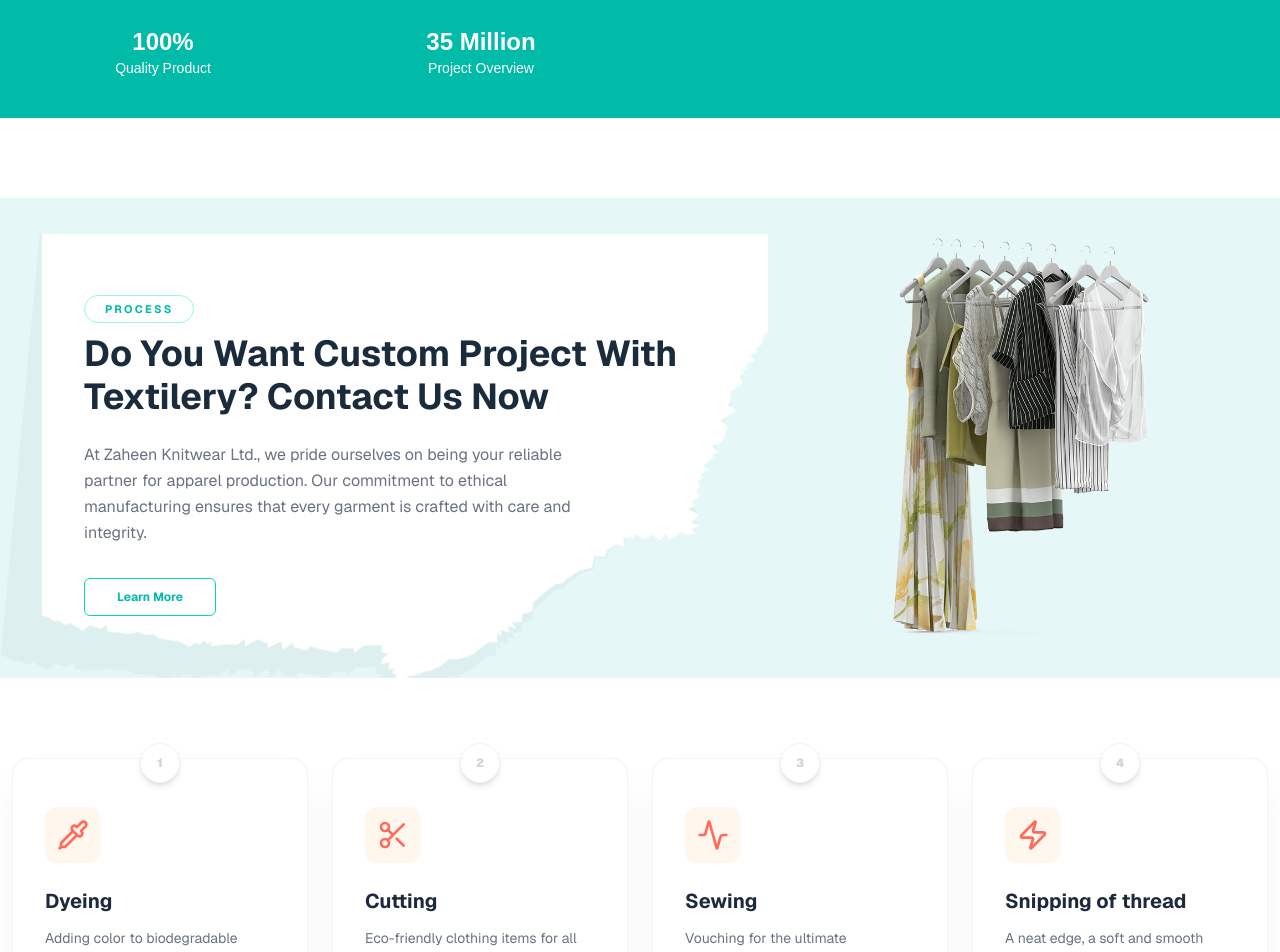
Repository: mdmuhibullahhabib/fullstack-assessment
Page: /
These files come from the project's save history. The page is drawn as it stood at one moment and after the next save; the edit follows.
The browser window is 1280 px wide. The pictures show the part of the page from y = 592 to 1544 px (the page is 3025 px tall).
The project was rebuilt for these pictures with package versions that can differ from the ones it lists, and the page was loaded fresh each time. The framework's server and built-in components were replaced by stand-ins that run in the browser. Also part of the build but not shown: next.config.mjs.

Above is the page before, as saved 2025-12-27 10:24:17.

### src/app/layout.js
import { Geist, Geist_Mono } from "next/font/google";
import "./globals.css";
import Navbar from "@/components/shared/Navbar";
import Footer from "@/components/shared/Footer";

const geistSans = Geist({
  variable: "--font-geist-sans",
  subsets: ["latin"],
});

const geistMono = Geist_Mono({
  variable: "--font-geist-mono",
  subsets: ["latin"],
});

export const metadata = {
  title: "Create Next App",
  description: "Generated by create next app",
};

export default function RootLayout({ children }) {
  return (
    <html lang="en">
      <body
        className={`${geistSans.variable} ${geistMono.variable} antialiased`}
      >
        <Navbar/>
        {children}
        <Footer/>
      </body>
    </html>
  );
}

### src/app/page.js
import Apparel from "@/components/home/Apparel";
import CustomProcess from "@/components/home/CustomProcess";
import Hero from "@/components/home/hero";
import Stats from "@/components/home/Stats";


export default function Home() {
  return (
    <>
      <Hero />
      <Stats />
      <CustomProcess />
      <Apparel />
    </>
  );
}

### src/components/shared/Navbar.jsx
"use client";

import Link from "next/link";
import { Menu, X, ShoppingCart, User } from "lucide-react";
import { useState } from "react";

export default function Navbar() {
  const [open, setOpen] = useState(false);

  return (
    <header className="w-full">
      {/* ===== Top Bar ===== */}
      <div className="bg-teal-500 text-white text-sm">
        <div className="max-w-7xl mx-auto flex justify-between items-center px-4 py-2">
          <p>📍 Kashimpur, Gazipur Sadar / Gazipur</p>
          <div className="flex items-center gap-4">
            <span>📞 +880 01713-027875</span>
            <div className="flex gap-2">
              <span>f</span>
              <span>x</span>
              <span>▶</span>
              <span>📷</span>
            </div>
          </div>
        </div>
      </div>

      {/* ===== Main Navbar ===== */}
      <div className="bg-white shadow">
        <div className="max-w-7xl mx-auto flex items-center justify-between px-4 py-4">

          {/* Logo */}
          <Link href="/" className="flex items-center gap-2">
            <div className="w-10 h-10 bg-green-500 rounded flex items-center justify-center text-white font-bold">
              Z
            </div>
            <span className="font-bold text-lg text-gray-800">
              Company
            </span>
          </Link>

          {/* Desktop Menu */}
          <nav className="hidden md:flex items-center gap-8 text-gray-700 font-medium">
            <Link href="/">Home</Link>
            <Link href="/about">About Us</Link>
            <Link href="/services">Our Services</Link>
            <Link href="/products">Our Products</Link>
            <Link href="/blogs">Blogs</Link>
          </nav>

          {/* Right Actions */}
          <div className="hidden md:flex items-center gap-4">
            <ShoppingCart className="cursor-pointer" />
            <div className="w-8 h-8 bg-red-500 rounded-full flex items-center justify-center text-white">
              M
            </div>
            <Link
              href="/contact"
              className="bg-orange-500 text-white px-4 py-2 rounded"
            >
              Contact Us
            </Link>
          </div>

          {/* Mobile Menu Button */}
          <button
            onClick={() => setOpen(!open)}
            className="md:hidden"
          >
            {open ? <X /> : <Menu />}
          </button>
        </div>

        {/* ===== Mobile Menu ===== */}
        {open && (
          <div className="md:hidden bg-white border-t">
            <nav className="flex flex-col gap-4 px-4 py-4 text-gray-700">
              <Link href="/">Home</Link>
              <Link href="/about">About Us</Link>
              <Link href="/services">Our Services</Link>
              <Link href="/products">Our Products</Link>
              <Link href="/blogs">Blogs</Link>

              <div className="flex items-center gap-4 pt-4">
                <ShoppingCart />
                <User />
                <Link
                  href="/contact"
                  className="bg-orange-500 text-white px-4 py-2 rounded"
                >
                  Contact Us
                </Link>
              </div>
            </nav>
          </div>
        )}
      </div>
    </header>
  );
}

### src/components/shared/Footer.jsx
import Image from "next/image";
import Link from "next/link";

export default function Footer() {
  return (
    <footer className="bg-[#f8f8f8] border-t">
      <div className="max-w-7xl mx-auto px-4 py-12">

        {/* ===== Top Section ===== */}
        <div className="grid grid-cols-1 md:grid-cols-4 gap-10">

          {/* Logo & Contact */}
          <div className="space-y-4">
            <div className="flex items-center gap-3">
              <Image src="/logo.png" alt="logo" width={48} height={48} />
              <Image src="/logo2.png" alt="logo2" width={48} height={48} />
            </div>

            <p className="text-sm text-gray-600 flex gap-2">
              📍 29 SE 2nd Ave, Miami, FL 33131, United States
            </p>
            <p className="text-sm text-gray-600">
              ✉ info@zaheen.com
            </p>
            <p className="text-sm font-semibold">
              📞 (+92) 3942 7879
            </p>
          </div>

          {/* Pages */}
          <div>
            <h4 className="font-semibold mb-4 uppercase text-sm">Pages</h4>
            <ul className="space-y-2 text-sm text-gray-600">
              <li><Link href="#">About Us</Link></li>
              <li><Link href="#">Our Services</Link></li>
              <li><Link href="#">Our Products</Link></li>
            </ul>
          </div>

          {/* Information */}
          <div>
            <h4 className="font-semibold mb-4 uppercase text-sm">Information</h4>
            <ul className="space-y-2 text-sm text-gray-600">
              <li><Link href="#">My Account</Link></li>
              <li><Link href="#">Corporate Enquiries</Link></li>
              <li><Link href="#">FAQs</Link></li>
            </ul>
          </div>
        </div>

        {/* ===== Payment Channels (SAME ROW STYLE) ===== */}
        <div className="mt-10">
          <h4 className="font-semibold text-sm mb-4">PAYMENT CHANNELS</h4>

          <div className="flex flex-wrap gap-3">
            {[
              "visa",
              "mastercard",
              "amex",
              "bKash",
              "nagad",
              "rocket",
              "upay",
              "tap",
              "citybank",
              "bracbank",
              "easternbank",
              "standardchartered",
            ].map((logo) => (
              <div
                key={logo}
                className="bg-white border rounded-md px-4 py-2 flex items-center justify-center"
              >
                <Image
                  src={`/payments/${logo}.png`}
                  alt={logo}
                  width={48}
                  height={28}
                  className="object-contain"
                />
              </div>
            ))}
          </div>
        </div>

        {/* ===== Bottom Bar ===== */}
        <div className="border-t mt-10 pt-6 flex flex-col md:flex-row justify-between items-center gap-4 text-sm text-gray-600">

          <p>
            Copyright ©{" "}
            <span className="text-orange-500 font-medium">
              360D Soul Limited
            </span>{" "}
            2025. All rights reserved.
          </p>

          <div className="flex gap-4 text-lg">
            <span>f</span>
            <span>x</span>
            <span>📷</span>
          </div>

          <div className="flex gap-4">
            <Link href="#">Terms & Condition</Link>
            <Link href="#">Privacy & Policy</Link>
            <Link href="#">Refund Policy</Link>
          </div>
        </div>

      </div>
    </footer>
  );
}

### src/components/home/Apparel.jsx
export default function Apparel() {
  const products = [
    {
      name: "Denim Jacket",
      price: "$10.00",
      img: "https://images.unsplash.com/photo-1520975916090-3105956dac38",
    },
    {
      name: "Hoodie",
      price: "$12.00",
      img: "https://images.unsplash.com/photo-1520974735194-6c9c0c13ed3d",
    },
    {
      name: "T-Shirt",
      price: "$8.00",
      img: "https://images.unsplash.com/photo-1583743814966-8936f5b7be1a",
    },
  ];

  return (
    <section className="bg-gray-50 py-16">
      <div className="max-w-7xl mx-auto px-4">
        <h2 className="text-2xl font-bold mb-8">Our Apparels</h2>

        <div className="grid sm:grid-cols-2 md:grid-cols-3 gap-6">
          {products.map((p, i) => (
            <div key={i} className="bg-white border rounded overflow-hidden">
              <img src={p.img} className="h-56 w-full object-cover" />
              <div className="p-4">
                <h3 className="font-semibold">{p.name}</h3>
                <p className="text-sm text-gray-600">{p.price}</p>
                <button className="mt-3 w-full bg-teal-500 text-white py-2 rounded">
                  Add to Cart
                </button>
              </div>
            </div>
          ))}
        </div>
      </div>
    </section>
  );
}

### src/components/home/CustomProcess.jsx
"use client"
import Image from "next/image";
import { Scissors, Pipette, Zap, Activity, Repeat, ClipboardCheck, Box } from "lucide-react";
import bgImage from "../../../public/home/ProcessImage-1.png";
import rightImage from "../../../public/home/ProcessImage-2.png";

export default function CustomProcess() {
    const steps = [
        { number: 1, title: "Dyeing", desc: "Adding color to biodegradable materials.", icon: <Pipette className="w-8 h-8 text-[#FF6B5B]" /> },
        { number: 2, title: "Cutting", desc: "Eco-friendly clothing items for all shapes and sizes.", icon: <Scissors className="w-8 h-8 text-[#FF6B5B]" /> },
        { number: 3, title: "Sewing", desc: "Vouching for the ultimate sturdiness and durability of the fabric.", icon: <Activity className="w-8 h-8 text-[#FF6B5B]" /> },
        { number: 4, title: "Snipping of thread", desc: "A neat edge, a soft and smooth finish.", icon: <Zap className="w-8 h-8 text-[#FF6B5B]" /> },
        { number: 5, title: "Ironing", desc: "Ironing it before shipping.", icon: <Repeat className="w-8 h-8 text-[#FF6B5B]" /> },
        { number: 6, title: "Checking", desc: "Going through each clothing piece to ensure supreme quality standards are met.", icon: <ClipboardCheck className="w-8 h-8 text-[#FF6B5B]" /> },
        { number: 7, title: "Package", desc: "Folding and packing with the utmost care.", icon: <Box className="w-8 h-8 text-[#FF6B5B]" /> },
    ];

    return (
        <section className="bg-white py-20  font-sans">
            <div className=" mx-auto">

                {/* ===== TOP SECTION ===== */}
                <div className="relative bg-[#E6F7F8] overflow-hidden flex flex-col md:flex-row items-stretch mb-20 min-h-[450px]">

                    {/* Left Content Box (White with bgImage and Torn Edge) */}
                    <div
                        className="relative w-full md:w-[60%] my- p-10 mt-9 md:pl-5 md:p-1 flex flex-col justify-center items-start "
                        style={{
                            backgroundImage: `url(${bgImage.src})`,
                            backgroundSize: "cover",
                            backgroundPosition: "center",
                        }}
                    >
                        <div
                        className="ml-16"
                        >
                            <div className="mb-3">
                                <span className="px-5 py-1.5 rounded-full border border-teal-200 text-teal-500 text-[11px] font-bold uppercase tracking-[0.2em]">
                                    Process
                                </span>
                            </div>

                            <h3 className="text-3xl md:text-4xl font-bold text-[#1a2b3c] leading-[1.2] mb-6">
                                Do You Want Custom Project With Textilery? Contact Us Now
                            </h3>

                            <p className="text-gray-500 text-sm md:text-base leading-relaxed max-w-lg mb-8">
                                At Zaheen Knitwear Ltd., we pride ourselves on being your reliable partner for
                                apparel production. Our commitment to ethical manufacturing ensures that
                                every garment is crafted with care and integrity.
                            </p>

                            <button className="border-[1.5px] border-teal-400 text-teal-500 px-8 py-2.5 rounded-md font-bold text-xs hover:bg-teal-500 hover:text-white transition-all">
                                Learn More
                            </button>
                        </div>
                    </div>

                    {/* Right Content (Image of hanging clothes) */}
                    <div className="w-full md:w-[40%] relative flex items-center justify-center py-10">
                        <div className="relative w-[85%] h-[400px]">
                            <Image
                                src={rightImage}
                                alt="Clothing Preview"
                                fill
                                className="object-contain"
                                priority
                            />
                        </div>
                    </div>
                </div>

                {/* ===== PROCESS STEPS GRID ===== */}
                <div className="flex flex-wrap justify-center gap-6">
                    {steps.map((step, index) => (
                        <div
                            key={step.number}
                            className={`
                relative bg-white p-8 pt-12 rounded-2xl shadow-[0_15px_40px_-15px_rgba(0,0,0,0.1)]
                border border-gray-100 flex flex-col items-start transition-all hover:-translate-y-2
                w-full sm:w-[calc(50%-1.5rem)] lg:w-[calc(25%-1.5rem)]
                ${index >= 4 ? 'lg:translate-y-2' : ''}
              `}
                        >
                            {/* Step Number Circle */}
                            <div className="absolute -top-4 left-1/2 -translate-x-1/2 w-10 h-10 bg-white border border-gray-100 shadow-md rounded-full flex items-center justify-center text-xs font-black text-gray-300">
                                {step.number}
                            </div>

                            <div className="mb-6 bg-orange-50 p-3 rounded-xl">
                                {step.icon}
                            </div>

                            <h3 className="text-xl font-bold text-slate-800 mb-3">
                                {step.title}
                            </h3>
                            <p className="text-[14px] text-gray-500 leading-relaxed">
                                {step.desc}
                            </p>
                        </div>
                    ))}
                </div>

            </div>
        </section>
    );
}

### src/components/home/hero.jsx
export default function Hero() {
  return (
    <section className="relative bg-black text-white">
      <img
        src="https://images.unsplash.com/photo-1520975916090-3105956dac38"
        className="absolute inset-0 w-full h-full object-cover opacity-40"
      />

      <div className="relative max-w-7xl mx-auto px-4 py-28 grid md:grid-cols-2 gap-10">
        <div>
          <p className="text-sm uppercase mb-3 text-teal-400">
            Textile & Garments
          </p>
          <h1 className="text-4xl md:text-5xl font-bold mb-5">
            High-Quality Garments. <br /> Ethically Made.
          </h1>
          <p className="text-gray-300 mb-6">
            We manufacture premium garments using ethical and sustainable
            practices.
          </p>

          <div className="flex gap-4">
            <button className="bg-orange-500 px-6 py-3 rounded">
              Explore
            </button>
            <button className="border px-6 py-3 rounded">
              Contact Us
            </button>
          </div>
        </div>
      </div>
    </section>
  );
}

### src/components/home/Stats.jsx
export default function Stats() {
  const stats = [
    { title: "Quality Product", value: "100%" },
    { title: "Project Overview", value: "35 Million" },
  ];

  return (
    <section className="bg-teal-500 text-white">
      <div className="max-w-7xl mx-auto px-4 py-10 grid grid-cols-2 md:grid-cols-4 gap-6 text-center">
        {stats.map((s, i) => (
          <div key={i}>
            <h3 className="text-2xl font-bold">{s.value}</h3>
            <p className="text-sm">{s.title}</p>
          </div>
        ))}
      </div>
    </section>
  );
}

Loaded but not shown: src/app/globals.css (common file)

After the next save:
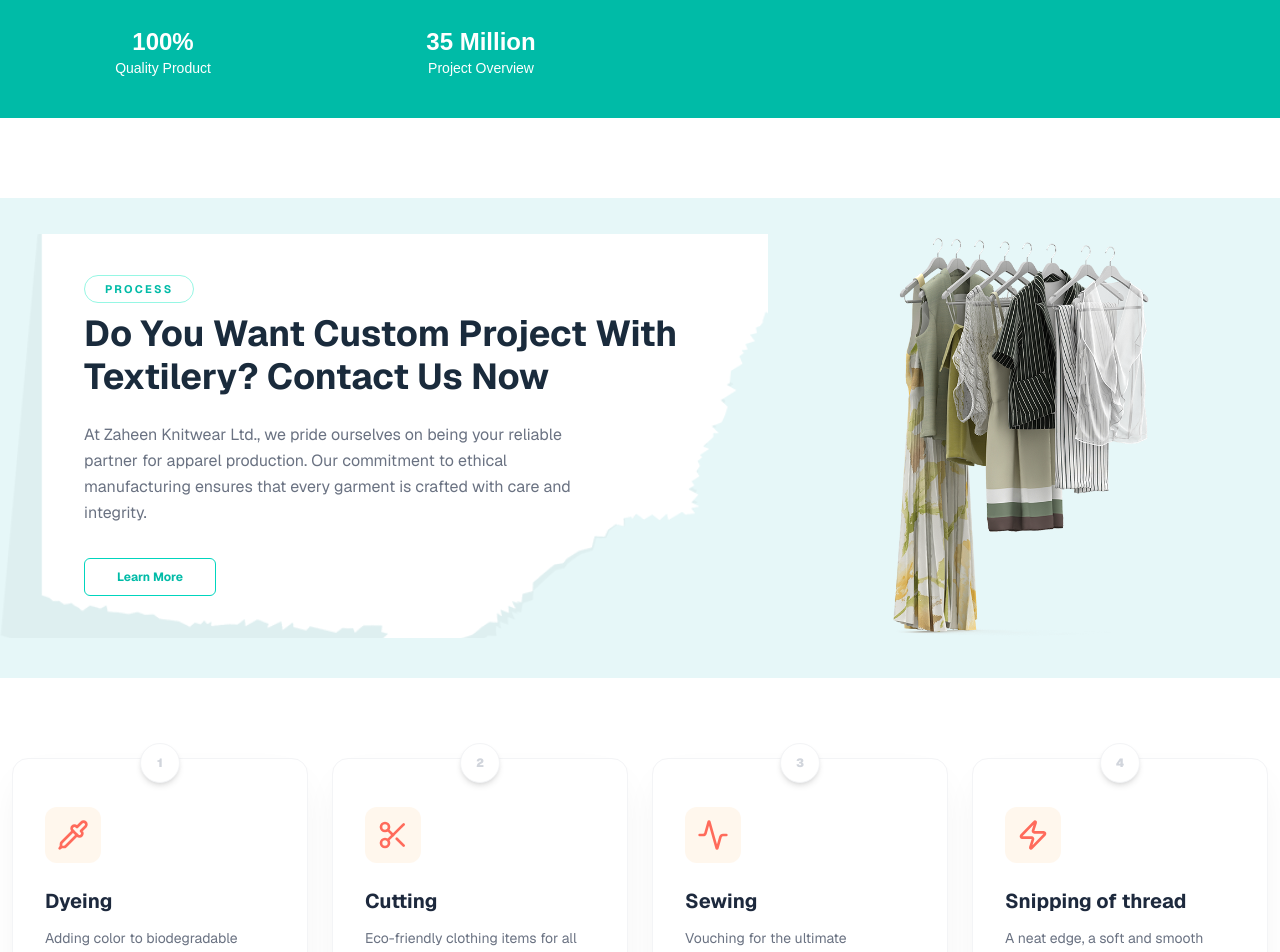
Saved 6 s later.
--- a/src/components/home/CustomProcess.jsx
+++ b/src/components/home/CustomProcess.jsx
@@ -24,7 +24,7 @@
 
                     {/* Left Content Box (White with bgImage and Torn Edge) */}
                     <div
-                        className="relative w-full md:w-[60%] my- p-10 mt-9 md:pl-5 md:p-1 flex flex-col justify-center items-start "
+                        className="relative w-full md:w-[60%] my-10 p-10 mt-9 md:pl-5 md:p-1 flex flex-col justify-center items-start "
                         style={{
                             backgroundImage: `url(${bgImage.src})`,
                             backgroundSize: "cover",

After the save that followed:
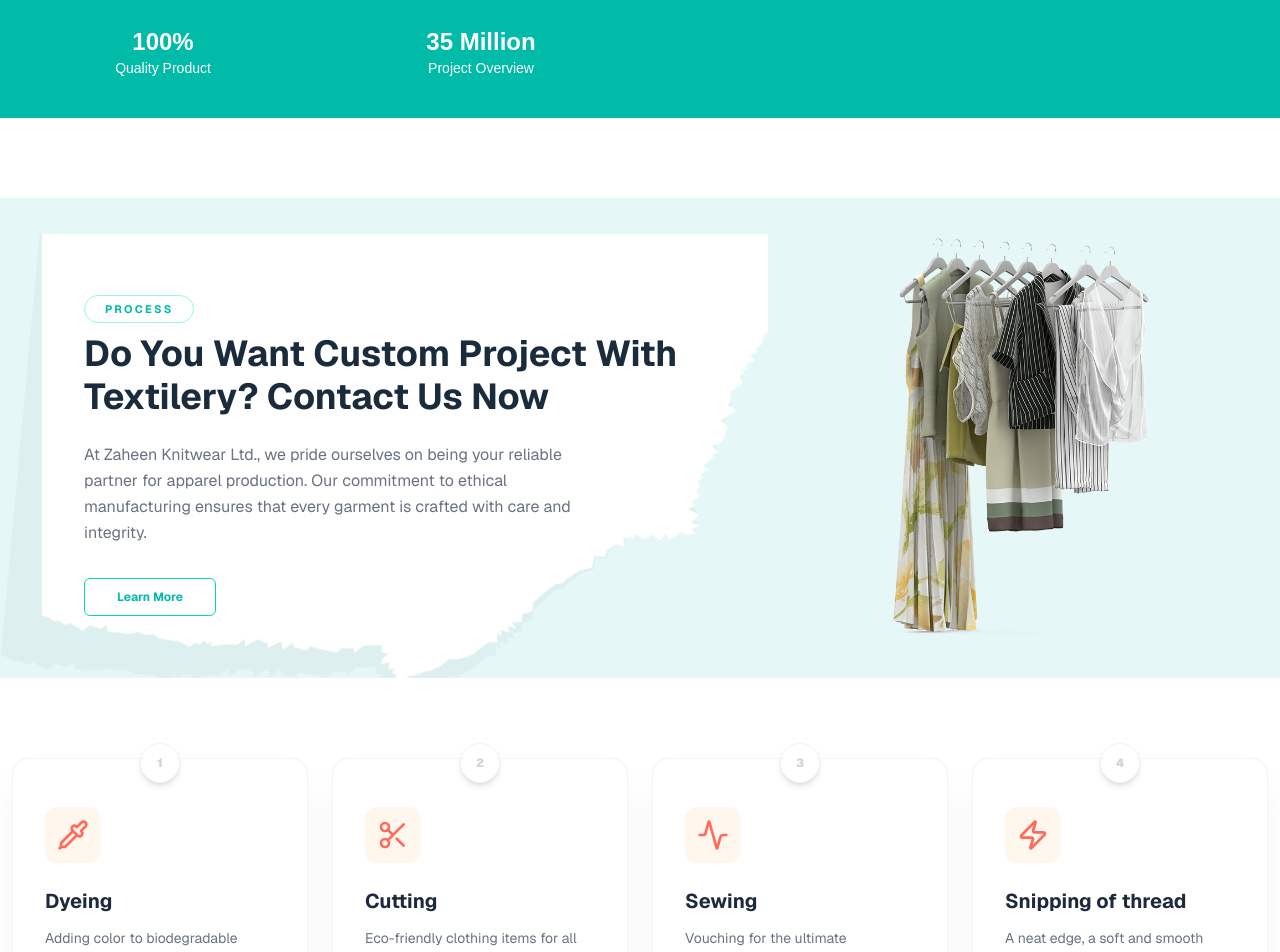
Saved 14 s later.
--- a/src/components/home/CustomProcess.jsx
+++ b/src/components/home/CustomProcess.jsx
@@ -24,7 +24,7 @@
 
                     {/* Left Content Box (White with bgImage and Torn Edge) */}
                     <div
-                        className="relative w-full md:w-[60%] my-10 p-10 mt-9 md:pl-5 md:p-1 flex flex-col justify-center items-start "
+                        className="relative w-full md:w-[60%] py-10 p-10 mt-9 md:pl-5 md:p-1 flex flex-col justify-center items-start "
                         style={{
                             backgroundImage: `url(${bgImage.src})`,
                             backgroundSize: "cover",
